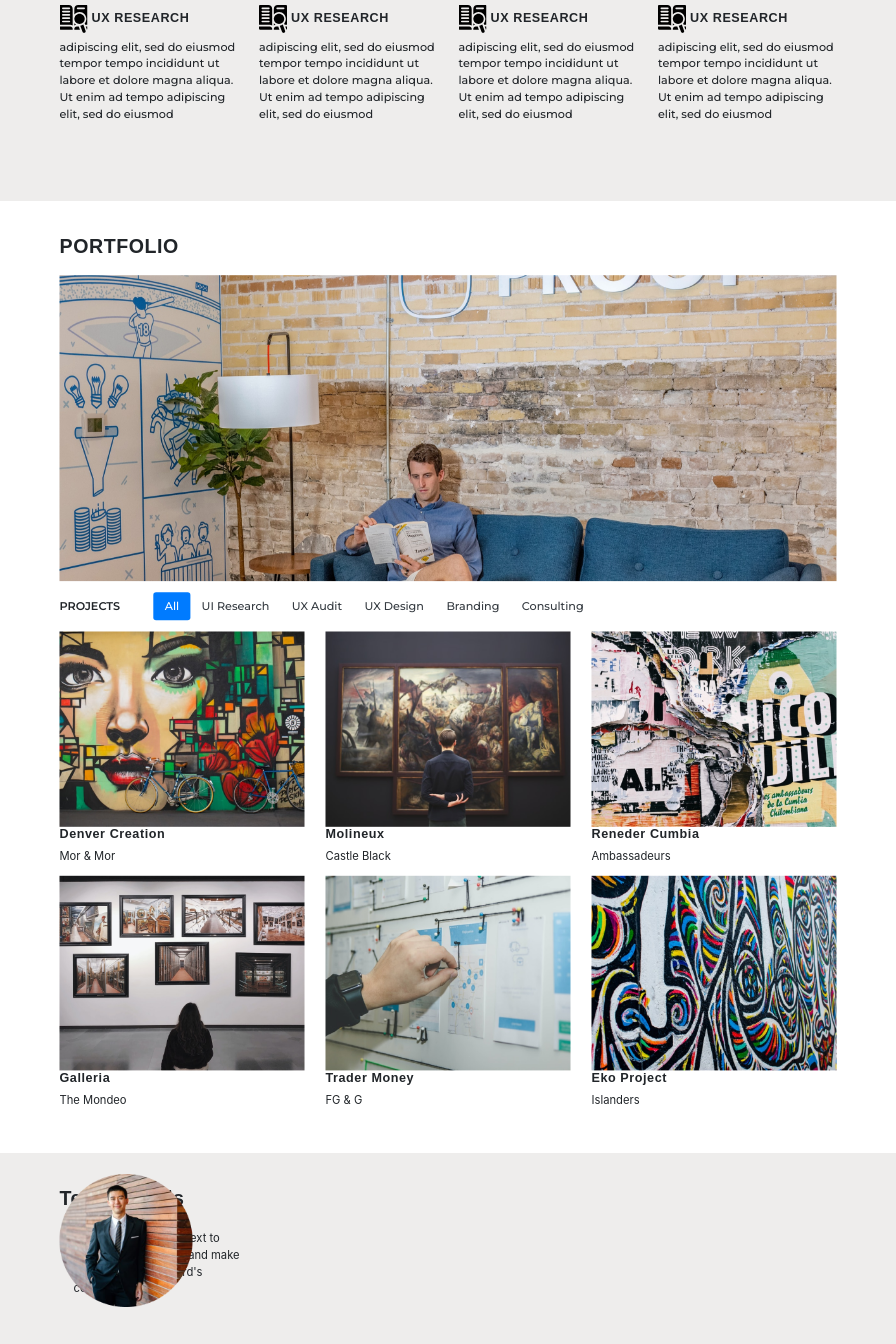
Repository: Syfon01/hng-port
Page: index.html
The author's editor kept a copy of each file at every save. The page is drawn from the files as they stood at one save, then again after the next save.
The browser window is 1280 px wide. The pictures show the part of the page from y = 1613 to 3533 px (the page is 3533 px tall), at 70% of full size.
Some web fonts or font styles are not loaded; a fallback is used.

Above is the page before, as saved 2020-06-28 19:24:01.

After the next save:
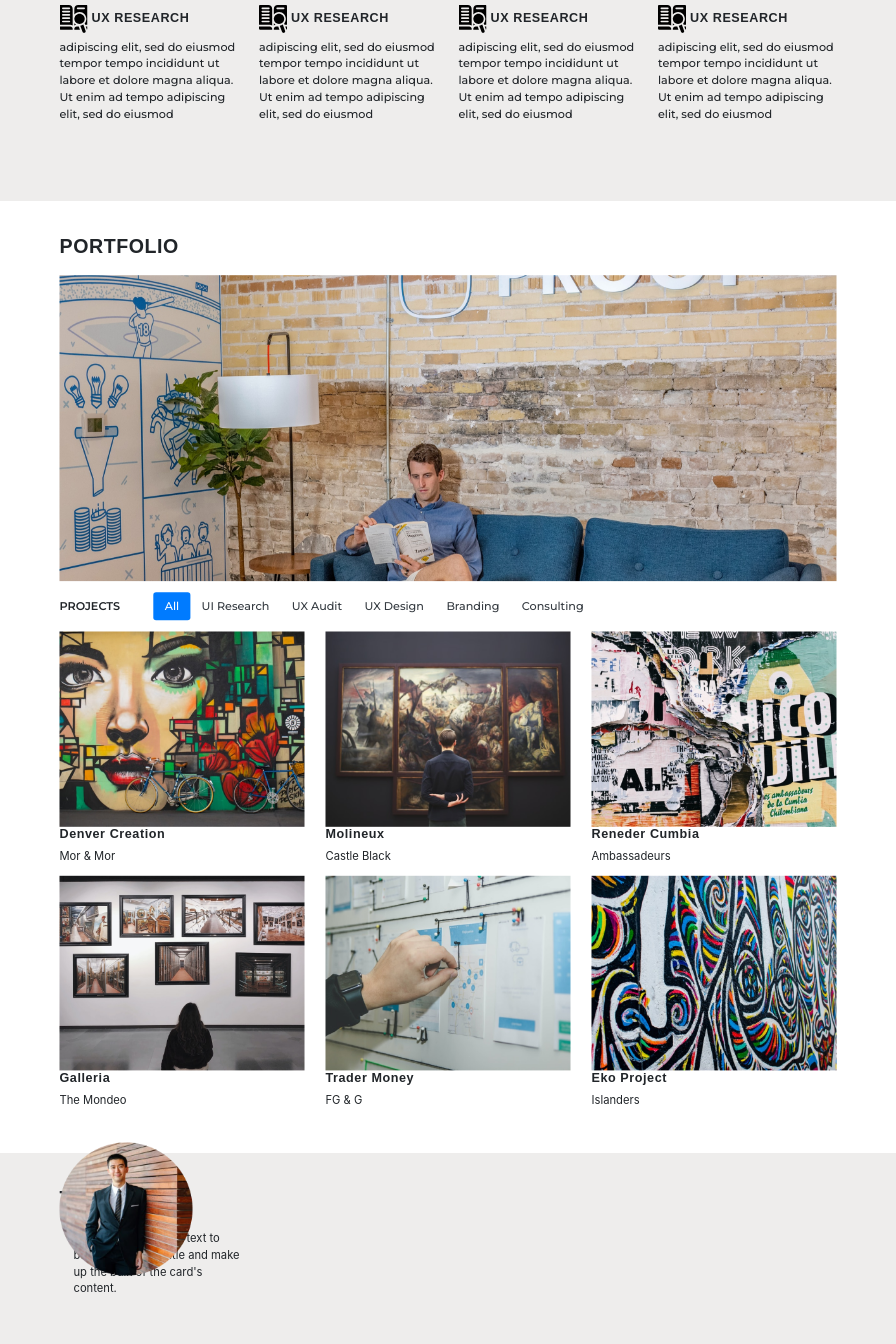
Saved 6 s later.
--- a/style.css
+++ b/style.css
@@ -82,7 +82,7 @@ h5{
 
 .card-image{
   position: absolute;
-  bottom: 5px;
+  bottom: 50px;
 }
 
 .card-section{
